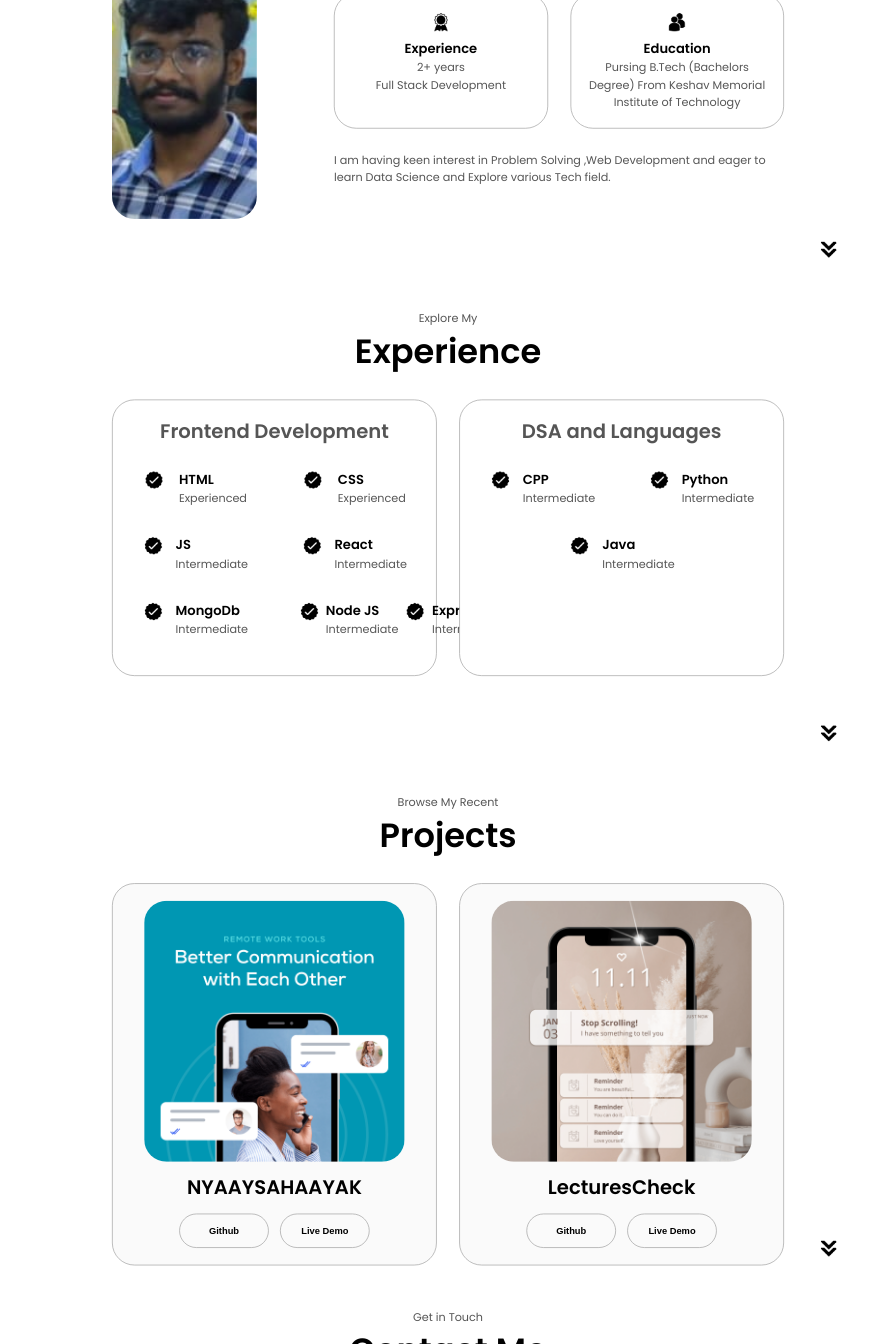
Repository: ARUN-YERRAM/ARUN-YERRAM-PORTFOLIO
Page: portfolio/index.html
An editor plug-in stored every save of this project. The page is shown before and after the next save, followed by the edit.
The browser window is 1280 px wide. The pictures show the part of the page from y = 1094 to 3014 px (the page is 3401 px tall), at 70% of full size.

Above is the page before, as saved 2024-07-07 04:15:00.

After the next save:
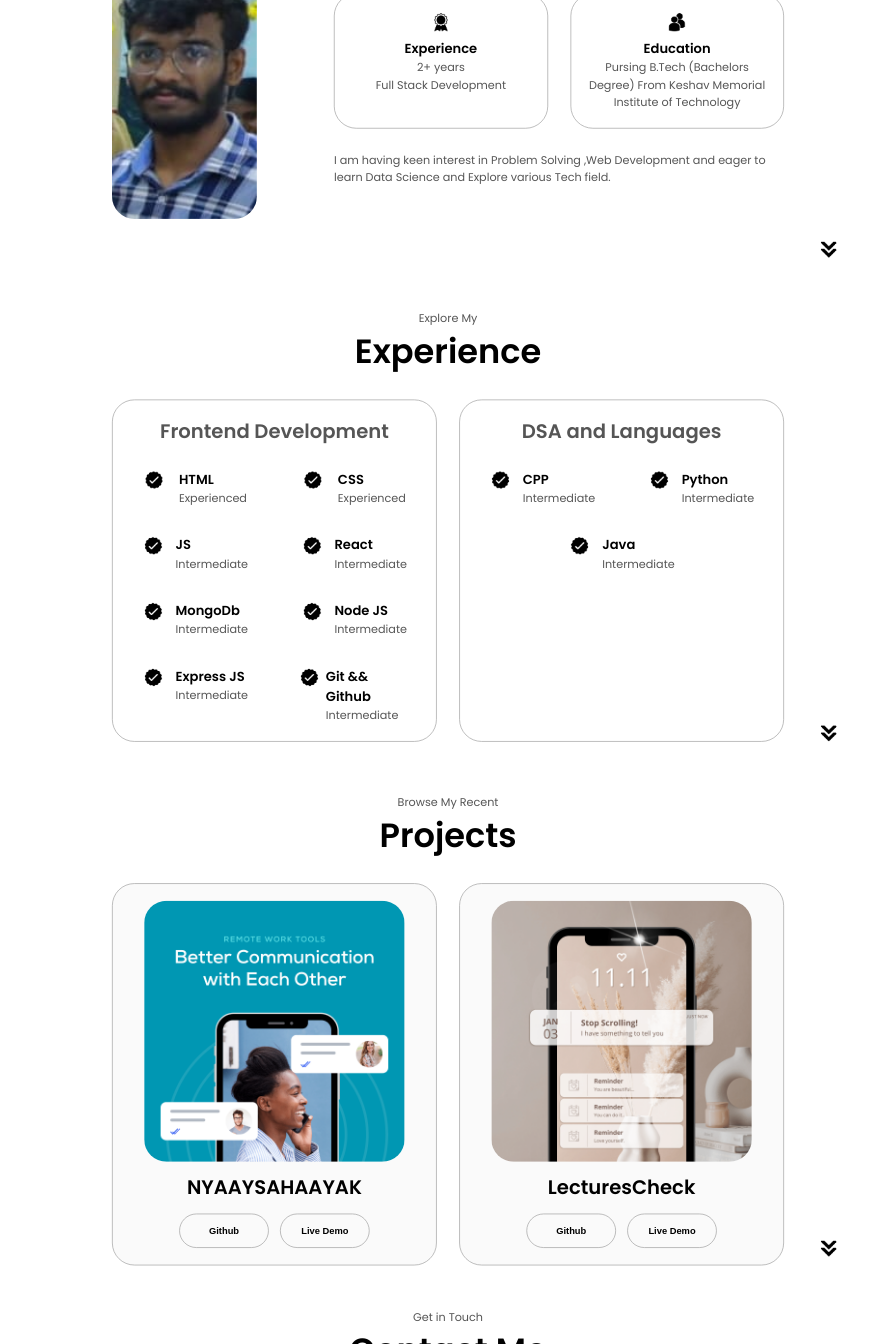
Saved 4 s later.
--- a/portfolio/index.html
+++ b/portfolio/index.html
@@ -185,7 +185,6 @@
                 </div>
               </article>
 
-              <article>
                 <article>
                   <img
                     src="./assets/checkmark.png"
